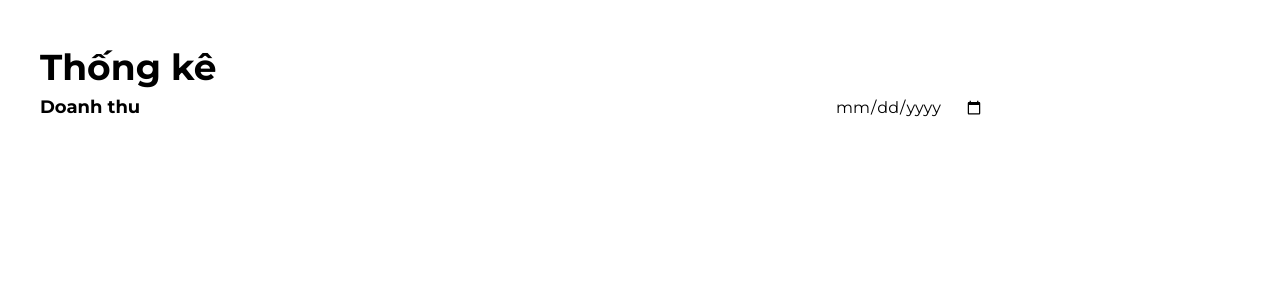
Repository: iphoneboy46/AltaMediaCMS
Page: /
An editor plug-in stored every save of this project. The page is shown before and after the next save, followed by the edit.
The browser window is 1280 px wide. The pictures show the whole page.
Some web libraries are served in a nearby version. The project was rebuilt for these pictures with package versions that can differ from the ones it lists, and the page was loaded fresh each time.

Above is the page before, as saved 2023-03-26 21:39:01.

After the next save:
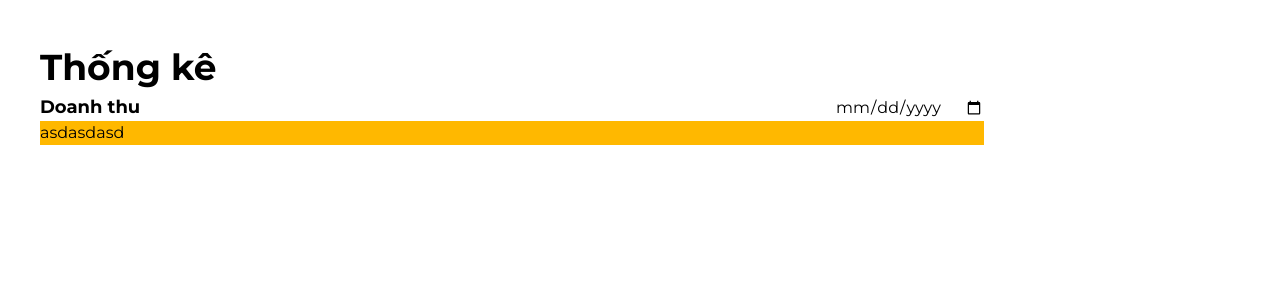
Saved 9 s later.
--- a/src/components/Charts/Charts.tsx
+++ b/src/components/Charts/Charts.tsx
@@ -48,7 +48,7 @@ function Charts() {
 
   return (
     <div className="w-[100%] h-[100%] bg-yellowMain">
-
+        <h1>asdasdasd</h1>
       <ResponsiveContainer width="100%" height="100%">
         <AreaChart
 
